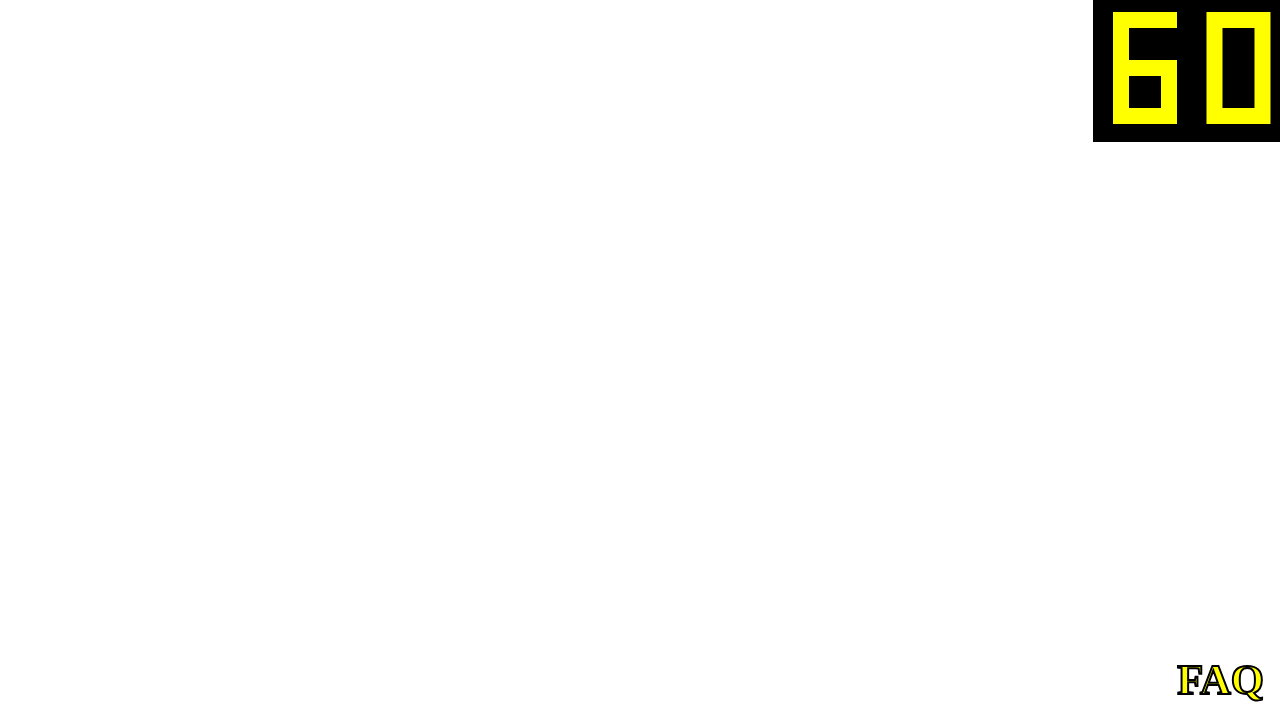
Repository: aliendetonator/fake-fraps-counter
Page: index.html
These files come from the project's save history. The page is drawn as it stood at one moment and after the next save; the edit follows.
The browser window is 1280 px wide. The pictures show the whole page.

Above is the page before, as saved 2023-08-31 04:26:55.

After the next save:
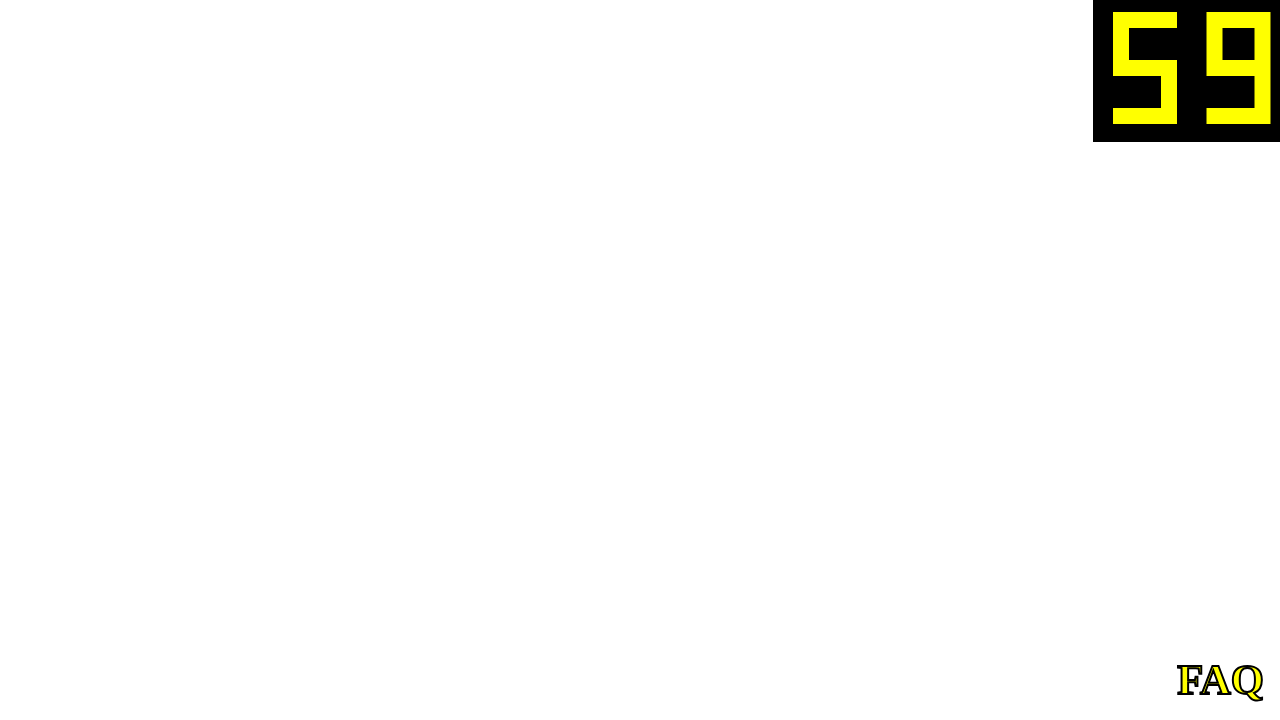
Saved 59 s later.
--- a/src/script.js
+++ b/src/script.js
@@ -21,7 +21,7 @@ const getNextFps = () => {
 
     let chancePercentage = Math.floor(Math.random()*100) + 1;
 
-    if (chancePercentage <= fps.chanceOfDefault) return fps.default;
+    if (chancePercentage <= fps.chanceOfDefault) return fps.default - 1;
 
     return Math.floor(Math.random() * (fps.max - fps.min) ) + fps.min;
 }
